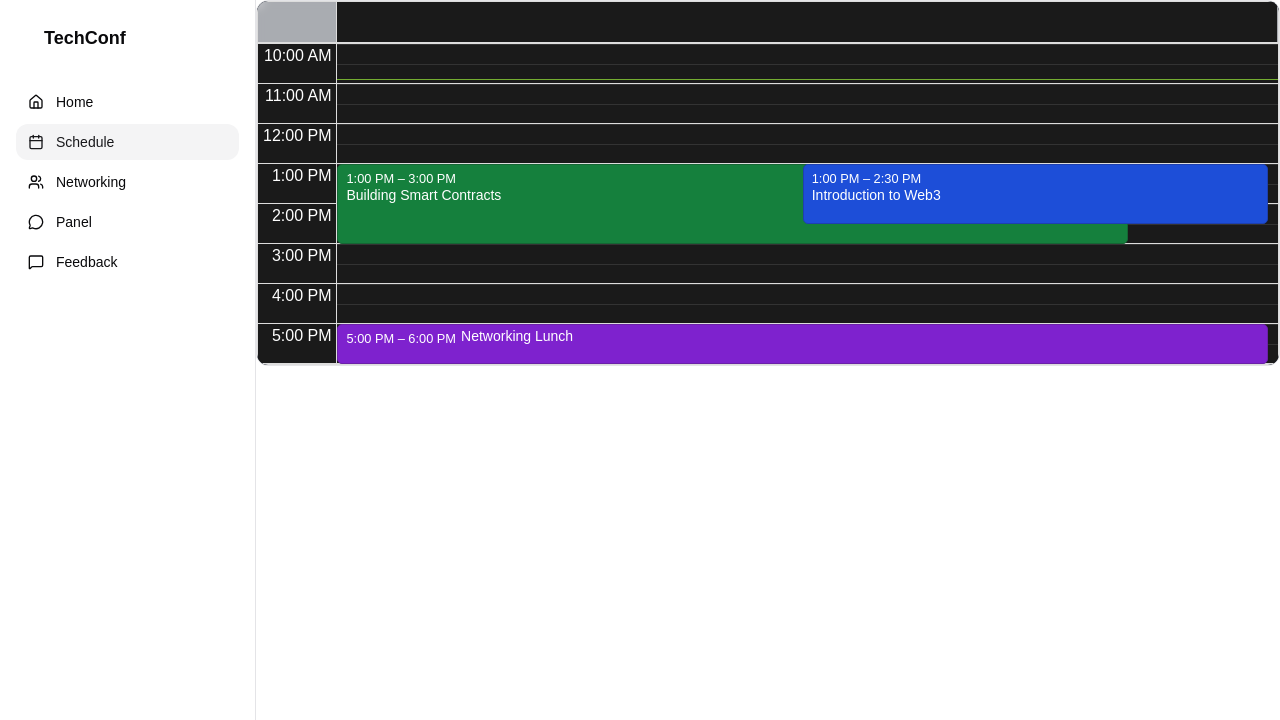
Repository: mrnavdal/symposium-2024
Page: /schedule (app in symposium24/)
An editor plug-in stored every save of this project. The page is shown before and after a run of saves, followed by the edit.
The browser window is 1280 px wide. The pictures show the whole page.
The project was rebuilt for these pictures with package versions that can differ from the ones it lists, and the page was loaded fresh each time. The framework's server and built-in components were replaced by stand-ins that run in the browser. Also part of the build but not shown: symposium24/next.config.ts.

Above is the page before, as saved 2024-11-08 13:48:34.

### symposium24/src/app/layout.tsx
import type { Metadata } from "next";
import localFont from "next/font/local";
import { ThemeProvider } from "@/components/ThemeProvider";
import { Navigation } from "@/components/Navigation";
import "./globals.css";
import '@/styles/calendar.css'

const geistSans = localFont({
  src: "./fonts/GeistVF.woff",
  variable: "--font-geist-sans",
  weight: "100 900",
});
const geistMono = localFont({
  src: "./fonts/GeistMonoVF.woff",
  variable: "--font-geist-mono",
  weight: "100 900",
});

export const metadata: Metadata = {
  title: "TechConf 2024",
  description: "Conference schedule and information",
};

export default function RootLayout({
  children,
}: Readonly<{
  children: React.ReactNode;
}>) {
  return (
    <html lang="en" suppressHydrationWarning>
      <body
        className={`${geistSans.variable} ${geistMono.variable} antialiased min-h-screen`}
      >
        <ThemeProvider
          attribute="class"
          defaultTheme="system"
          enableSystem
          disableTransitionOnChange
        >
          <Navigation />
          <main className="pb-16 md:pb-0 md:pl-64">
            {children}
          </main>
        </ThemeProvider>
      </body>
    </html>
  );
}

### symposium24/src/app/schedule/page.tsx
import { Calendar } from '@/components/Calendar'
import { PageTransition } from '@/components/PageTransition'
import { events } from '@/data/events'

export default function SchedulePage() {
  return (
    <PageTransition>

        <div className="h-full rounded-lg overflow-hidden border bg-card/50">
          <Calendar events={events} />
        </div>

    </PageTransition>
  )
}

### symposium24/src/components/ThemeProvider.tsx
'use client'

import * as React from 'react'
import { ThemeProvider as NextThemesProvider } from 'next-themes'

interface ThemeProviderProps {
  children: React.ReactNode
  attribute?: string
  defaultTheme?: string
  enableSystem?: boolean
  disableTransitionOnChange?: boolean
}

export function ThemeProvider({
  children,
  attribute,
  defaultTheme,
  enableSystem,
  disableTransitionOnChange,
}: ThemeProviderProps) {
  return (
    <NextThemesProvider
      attribute={attribute as 'class' | 'data-theme'}
      defaultTheme={defaultTheme}
      enableSystem={enableSystem}
      disableTransitionOnChange={disableTransitionOnChange}
    >
      {children}
    </NextThemesProvider>
  )
}

### symposium24/src/components/Navigation.tsx
'use client'

import { usePathname } from 'next/navigation'
import Link from 'next/link'
import { cn } from '@/lib/utils'
import {
  Home,
  Calendar,
  Users,
  MessageCircle,
  MessageSquare,
  LucideIcon
} from 'lucide-react'

interface NavItem {
  href: string
  label: string
  icon: LucideIcon
}

const navItems: NavItem[] = [
  { href: '/', label: 'Home', icon: Home },
  { href: '/schedule', label: 'Schedule', icon: Calendar },
  { href: '/networking', label: 'Networking', icon: Users },
  { href: '/discussion', label: 'Panel', icon: MessageCircle },
  { href: '/feedback', label: 'Feedback', icon: MessageSquare },
]

export function Navigation() {
  const pathname = usePathname()

  return (
    <>
      {/* Desktop Side Navigation */}
      <nav className="hidden md:flex fixed left-0 top-0 h-screen w-64 border-r bg-background p-4">
        <div className="space-y-4 w-full">
          <div className="px-3 py-2">
            <h2 className="mb-2 px-4 text-lg font-semibold">TechConf</h2>
          </div>
          <div className="space-y-1">
            {navItems.map((item) => (
              <Link
                key={item.href}
                href={item.href}
                className={cn(
                  'flex items-center gap-3 rounded-lg px-3 py-2 text-sm transition-colors',
                  pathname === item.href
                    ? 'bg-secondary text-secondary-foreground'
                    : 'hover:bg-secondary/80'
                )}
              >
                <item.icon className="h-4 w-4" />
                {item.label}
              </Link>
            ))}
          </div>
        </div>
      </nav>

      {/* Mobile Bottom Navigation */}
      <nav className="md:hidden fixed bottom-0 left-0 right-0 border-t bg-background z-50">
        <div className="flex items-center justify-around">
          {navItems.map((item) => (
            <Link
              key={item.href}
              href={item.href}
              className={cn(
                'flex flex-col items-center gap-1 p-3 text-xs',
                pathname === item.href
                  ? 'text-primary'
                  : 'text-muted-foreground'
              )}
            >
              <item.icon className="h-5 w-5" />
              <span>{item.label}</span>
            </Link>
          ))}
        </div>
      </nav>

      {/* Content Padding for Mobile Bottom Nav */}
      <div className="pb-16 md:pb-0 md:pl-64">
        {/* This div wraps the main content to provide padding */}
      </div>
    </>
  )
}

### symposium24/src/app/globals.css
@tailwind base;
@tailwind components;
@tailwind utilities;

body {
  font-family: Arial, Helvetica, sans-serif;
}

@layer base {
  :root {
    --background: 0 0% 100%;
    --foreground: 240 10% 3.9%;
    --card: 0 0% 100%;
    --card-foreground: 240 10% 3.9%;
    --popover: 0 0% 100%;
    --popover-foreground: 240 10% 3.9%;
    --primary: 240 5.9% 10%;
    --primary-foreground: 0 0% 98%;
    --secondary: 240 4.8% 95.9%;
    --secondary-foreground: 240 5.9% 10%;
    --muted: 240 4.8% 95.9%;
    --muted-foreground: 240 3.8% 46.1%;
    --accent: 240 4.8% 95.9%;
    --accent-foreground: 240 5.9% 10%;
    --destructive: 0 84.2% 60.2%;
    --destructive-foreground: 0 0% 98%;
    --border: 240 5.9% 90%;
    --input: 240 5.9% 90%;
    --ring: 240 5.9% 10%;
    --chart-1: 12 76% 61%;
    --chart-2: 173 58% 39%;
    --chart-3: 197 37% 24%;
    --chart-4: 43 74% 66%;
    --chart-5: 27 87% 67%;
    --radius: 0.75rem;
  }
  .dark {
    --background: 240 10% 3.9%;
    --foreground: 0 0% 98%;
    --card: 240 10% 3.9%;
    --card-foreground: 0 0% 98%;
    --popover: 240 10% 3.9%;
    --popover-foreground: 0 0% 98%;
    --primary: 0 0% 98%;
    --primary-foreground: 240 5.9% 10%;
    --secondary: 240 3.7% 15.9%;
    --secondary-foreground: 0 0% 98%;
    --muted: 240 3.7% 15.9%;
    --muted-foreground: 240 5% 64.9%;
    --accent: 240 3.7% 15.9%;
    --accent-foreground: 0 0% 98%;
    --destructive: 0 62.8% 30.6%;
    --destructive-foreground: 0 0% 98%;
    --border: 240 3.7% 15.9%;
    --input: 240 3.7% 15.9%;
    --ring: 240 4.9% 83.9%;
    --chart-1: 220 70% 50%;
    --chart-2: 160 60% 45%;
    --chart-3: 30 80% 55%;
    --chart-4: 280 65% 60%;
    --chart-5: 340 75% 55%;
  }
}

@layer base {
  * {
    @apply border-border;
  }
  body {
    @apply bg-background text-foreground;
  }
}

### symposium24/src/styles/calendar.css
/* Dark mode styles */
.rbc-calendar-dark {
  @apply text-white;
}

.rbc-calendar-dark .rbc-header {
  @apply bg-muted/50 border-border text-muted-foreground font-medium;
}

.rbc-calendar-dark .rbc-time-view {
  @apply border-border bg-card/50 backdrop-blur-sm;
}

.rbc-calendar-dark .rbc-time-header {
  @apply bg-muted/50 border-border;
}

.rbc-calendar-dark .rbc-time-content {
  @apply border-border;
}

.rbc-calendar-dark .rbc-time-slot {
  @apply text-muted-foreground;
}

.rbc-calendar-dark .rbc-today {
  @apply bg-muted/50;
}

.rbc-calendar-dark .rbc-current-time-indicator {
  @apply bg-primary;
}

/* General styles */
.rbc-header {
  @apply py-3 font-medium text-muted-foreground border-border bg-muted/30;
}

.rbc-time-view {
  @apply border-border bg-card/50 backdrop-blur-sm;
}

.rbc-time-header {
  @apply border-border bg-muted/30;
}

.rbc-time-content {
  @apply border-border;
}

.rbc-event {
  @apply rounded-md border shadow-sm;
}

.rbc-event-content {
  @apply text-sm font-medium;
}

.rbc-today {
  @apply bg-muted/30;
}

.rbc-current-time-indicator {
  @apply bg-primary;
}

.rbc-toolbar {
  @apply mb-4;
}

.rbc-toolbar button {
  @apply rounded-md border-border bg-card hover:bg-muted/50 transition-colors;
}

.rbc-toolbar button.rbc-active {
  @apply bg-primary text-primary-foreground hover:bg-primary/90;
}

.rbc-time-slot {
  @apply text-muted-foreground;
}

### symposium24/src/components/Calendar.tsx
'use client'

import { Calendar as BigCalendar, momentLocalizer, View } from 'react-big-calendar'
import moment from 'moment'
import { CalendarEvent } from '@/types/event'
import { cn } from '@/lib/utils'
import { useTheme } from 'next-themes'
import { useMemo } from 'react'

import 'react-big-calendar/lib/css/react-big-calendar.css'

const localizer = momentLocalizer(moment)

const eventStyleGetter = (event: CalendarEvent) => {
  const isPast = moment(event.end).isBefore(moment())
  const isOngoing = moment().isBetween(event.start, event.end)

  const colors = {
    workshop: { bg: '#15803d', border: '#166534' },  // green-700, green-800
    lecture: { bg: '#1d4ed8', border: '#1e40af' },   // blue-700, blue-800
    networking: { bg: '#7e22ce', border: '#6b21a8' }, // purple-700, purple-800
  }[event.type] || { bg: '#3b82f6', border: '#2563eb' }  // blue-500, blue-600

  return {
    className: cn(
      'rounded-md border backdrop-blur-sm transition-colors',
      isPast && 'opacity-50 hover:opacity-70',
      isOngoing && 'ring-2 ring-yellow-400/50 shadow-lg'
    ),
    style: {
      backgroundColor: colors.bg,
      borderColor: colors.border,
      padding: '4px 8px',
    }
  }
}

interface CalendarProps {
  events: CalendarEvent[]
}
export function Calendar({ events }: CalendarProps) {
  const { theme } = useTheme()

  console.log('Calendar events:', events)

  const calendarProps = useMemo(() => ({
    className: cn(
      'h-[700px] md:h-[800px] bg-gray-900',
      theme === 'dark' && 'rbc-calendar-dark',
    ),
    min: new Date(2024, 10, 8, 10, 0),
    max: new Date(2024, 10, 8, 18, 0),
    localizer,
    events,
    defaultView: 'day' as View,
    views: ['day'] as View[],
    step: 30,
    timeslots: 2,
    eventPropGetter: eventStyleGetter,
    tooltipAccessor: (event: CalendarEvent) =>
      `${event.title}\nLocation: ${event.location}\nSpeaker: ${event.speaker}`,
    dayPropGetter: () => ({
      style: {
        backgroundColor: theme === 'dark' ? '#121212' : '#1a1a1a',
        color: theme === 'dark' ? '#e5e5e5' : '#fff'
      }
    }),
    slotPropGetter: () => ({
      style: {
        backgroundColor: theme === 'dark' ? '#121212' : '#1a1a1a',
        borderColor: theme === 'dark' ? '#2a2a2a' : '#333',
        color: theme === 'dark' ? '#e5e5e5' : '#fff'
      }
    }),
    toolbar: false
  }), [events, theme])

  return <BigCalendar {...calendarProps} />
}

### symposium24/src/components/PageTransition.tsx
'use client'

import { motion } from 'framer-motion'
import { fadeIn } from '@/lib/animations'

interface PageTransitionProps {
  children: React.ReactNode
  className?: string
}

export function PageTransition({ children, className }: PageTransitionProps) {
  return (
    <motion.div
      variants={fadeIn}
      initial="initial"
      animate="animate"
      exit="exit"
      className={className}
    >
      {children}
    </motion.div>
  )
}

### symposium24/src/data/events.ts
import { CalendarEvent } from '@/types/event'

export const events: CalendarEvent[] = [
  {
    id: '1',
    title: 'Introduction to Web3',
    type: 'lecture',
    start: new Date(2024, 10, 8, 13, 0),
    end: new Date(2024, 10, 8, 14, 30),
    speaker: 'Jane Smith',
    location: 'Main Hall',
    description: 'An overview of Web3 technologies and their impact on the future of the internet.'
  },
  {
    id: '2',
    title: 'Building Smart Contracts',
    type: 'workshop',
    start: new Date(2024, 10, 8, 13, 0),
    end: new Date(2024, 10, 8, 15, 0),
    speaker: 'John Doe',
    location: 'Workshop Room A',
    description: 'Hands-on workshop on creating and deploying smart contracts.'
  },
  {
    id: '3',
    title: 'Networking Lunch',
    type: 'networking',
    start: new Date(2024, 10, 8, 17, 0),
    end: new Date(2024, 10, 8, 18, 0),
    speaker: '',
    location: 'Dining Hall',
    description: 'Network with fellow attendees over lunch.'
  }
]

### symposium24/src/lib/animations.ts
export const fadeIn = {
  initial: { opacity: 0, y: 20 },
  animate: { opacity: 1, y: 0 },
  exit: { opacity: 0, y: 20 }
}

export const staggerContainer = {
  animate: {
    transition: {
      staggerChildren: 0.1
    }
  }
}

export const slideIn = {
  initial: { x: -20, opacity: 0 },
  animate: { x: 0, opacity: 1 },
  exit: { x: 20, opacity: 0 }
}

export const scaleIn = {
  initial: { scale: 0.9, opacity: 0 },
  animate: { scale: 1, opacity: 1 },
  exit: { scale: 0.9, opacity: 0 }
}

### symposium24/tailwind.config.ts
import type { Config } from "tailwindcss";

export default {
    darkMode: ["class"],
    content: [
    "./src/pages/**/*.{js,ts,jsx,tsx,mdx}",
    "./src/components/**/*.{js,ts,jsx,tsx,mdx}",
    "./src/app/**/*.{js,ts,jsx,tsx,mdx}",
  ],
  theme: {
  	extend: {
  		colors: {
  			background: 'hsl(var(--background))',
  			foreground: 'hsl(var(--foreground))',
  			card: {
  				DEFAULT: 'hsl(var(--card))',
  				foreground: 'hsl(var(--card-foreground))'
  			},
  			popover: {
  				DEFAULT: 'hsl(var(--popover))',
  				foreground: 'hsl(var(--popover-foreground))'
  			},
  			primary: {
  				DEFAULT: 'hsl(var(--primary))',
  				foreground: 'hsl(var(--primary-foreground))'
  			},
  			secondary: {
  				DEFAULT: 'hsl(var(--secondary))',
  				foreground: 'hsl(var(--secondary-foreground))'
  			},
  			muted: {
  				DEFAULT: 'hsl(var(--muted))',
  				foreground: 'hsl(var(--muted-foreground))'
  			},
  			accent: {
  				DEFAULT: 'hsl(var(--accent))',
  				foreground: 'hsl(var(--accent-foreground))'
  			},
  			destructive: {
  				DEFAULT: 'hsl(var(--destructive))',
  				foreground: 'hsl(var(--destructive-foreground))'
  			},
  			border: 'hsl(var(--border))',
  			input: 'hsl(var(--input))',
  			ring: 'hsl(var(--ring))',
  			chart: {
  				'1': 'hsl(var(--chart-1))',
  				'2': 'hsl(var(--chart-2))',
  				'3': 'hsl(var(--chart-3))',
  				'4': 'hsl(var(--chart-4))',
  				'5': 'hsl(var(--chart-5))'
  			}
  		},
  		borderRadius: {
  			lg: 'var(--radius)',
  			md: 'calc(var(--radius) - 2px)',
  			sm: 'calc(var(--radius) - 4px)'
  		}
  	}
  },
  plugins: [
    require("tailwindcss-animate"),
    require('@tailwindcss/typography'),
  ],
} satisfies Config;

Loaded but not shown: symposium24/src/lib/utils.ts (common file)

After the next 3 saves:
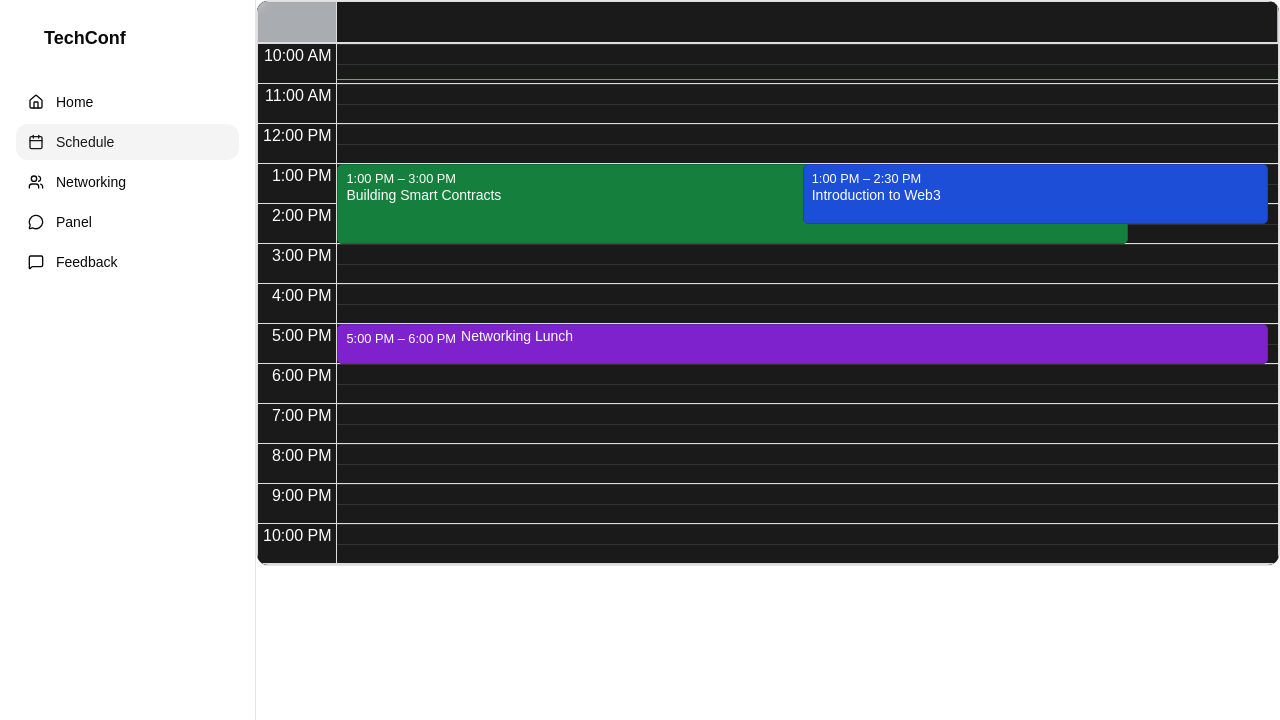
The 3 saves are shown as one change because they came seconds apart.
The last was saved 10 s later.
--- a/symposium24/src/components/Calendar.tsx
+++ b/symposium24/src/components/Calendar.tsx
@@ -49,7 +49,7 @@ export function Calendar({ events }: CalendarProps) {
       theme === 'dark' && 'rbc-calendar-dark',
     ),
     min: new Date(2024, 10, 8, 10, 0),
-    max: new Date(2024, 10, 8, 18, 0),
+    max: new Date(2024, 10, 8, 23, 0),
     localizer,
     events,
     defaultView: 'day' as View,
